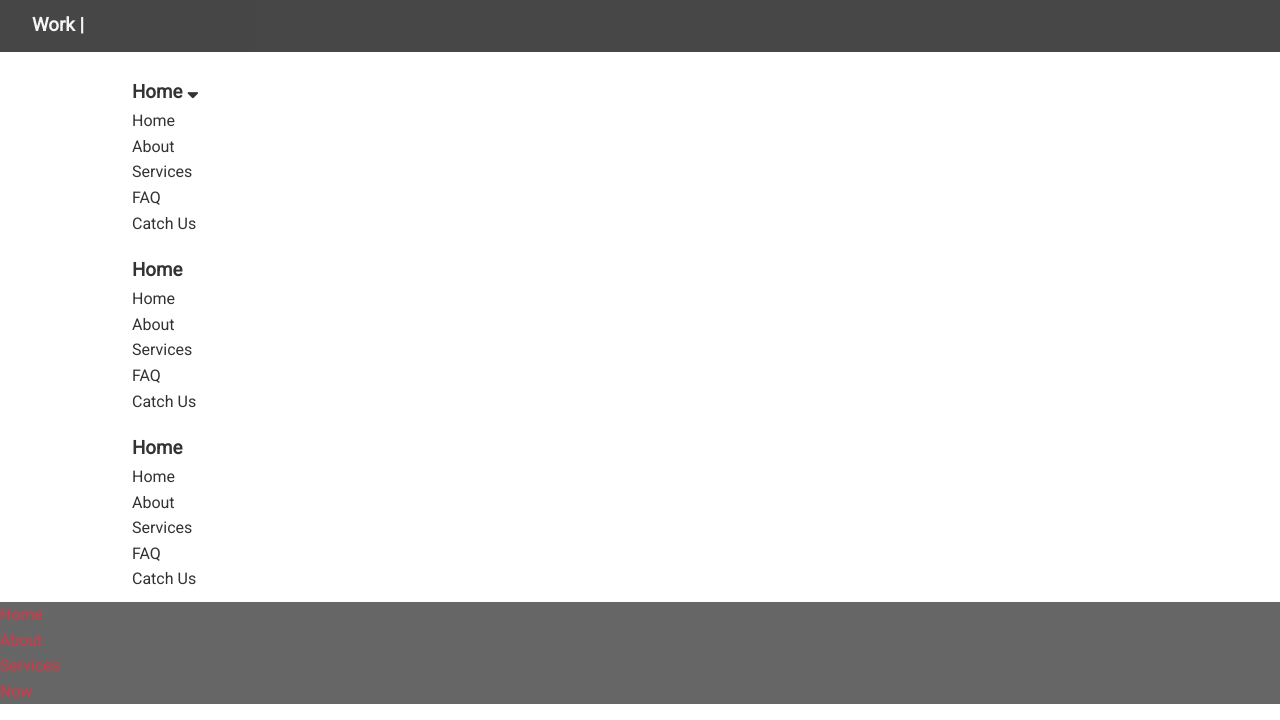
Repository: mxhdiqaim/lenviteck
Page: dist/index.html
These files come from the project's save history. The page is drawn as it stood at one moment and after the next save; the edit follows.
The browser window is 1280 px wide. The pictures show the whole page.
Some web libraries are served in a nearby version. The style sheet was rebuilt from its Sass, Less or Tailwind sources for each picture, by a compiler version that may differ from the author's.

Above is the page before, as saved 2021-04-11 12:03:19.

After the next save:
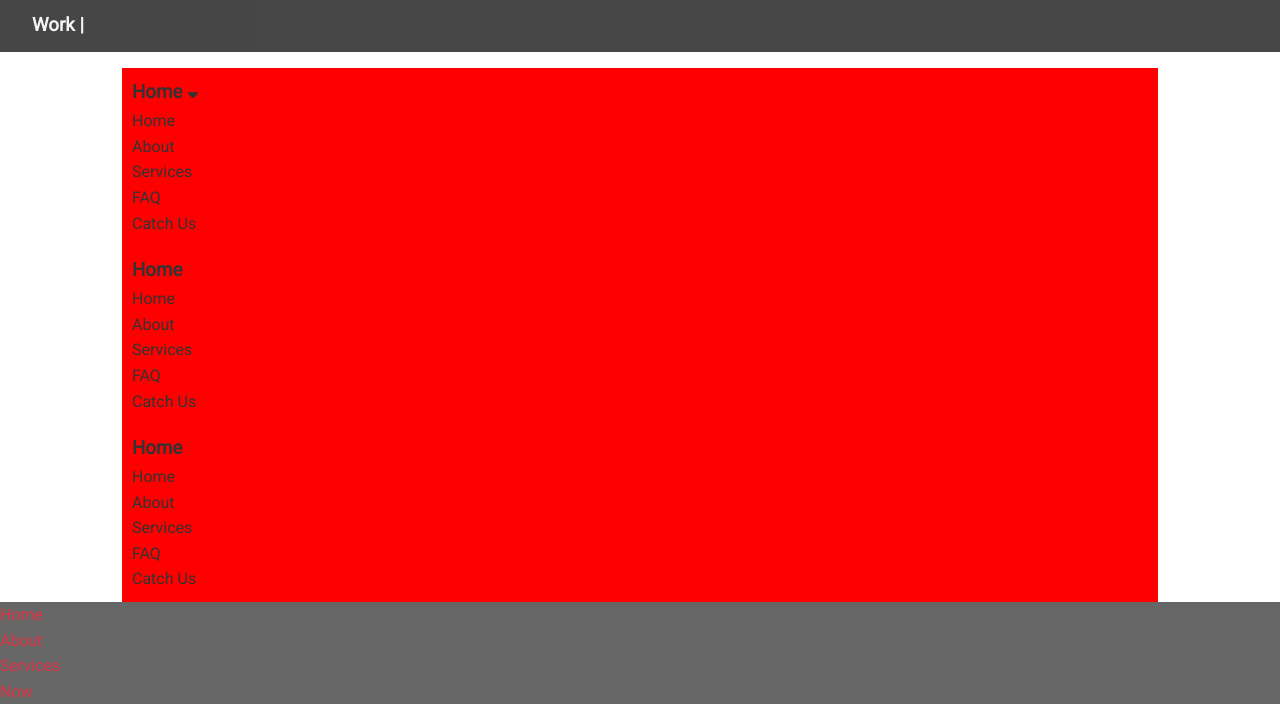
Saved 4 s later.
--- a/dist/styles/main.scss
+++ b/dist/styles/main.scss
@@ -49,7 +49,7 @@ img {
 
 .container div {
   padding: 10px;
-  background: #red;
+  background: red;
 }
 // cards
 
